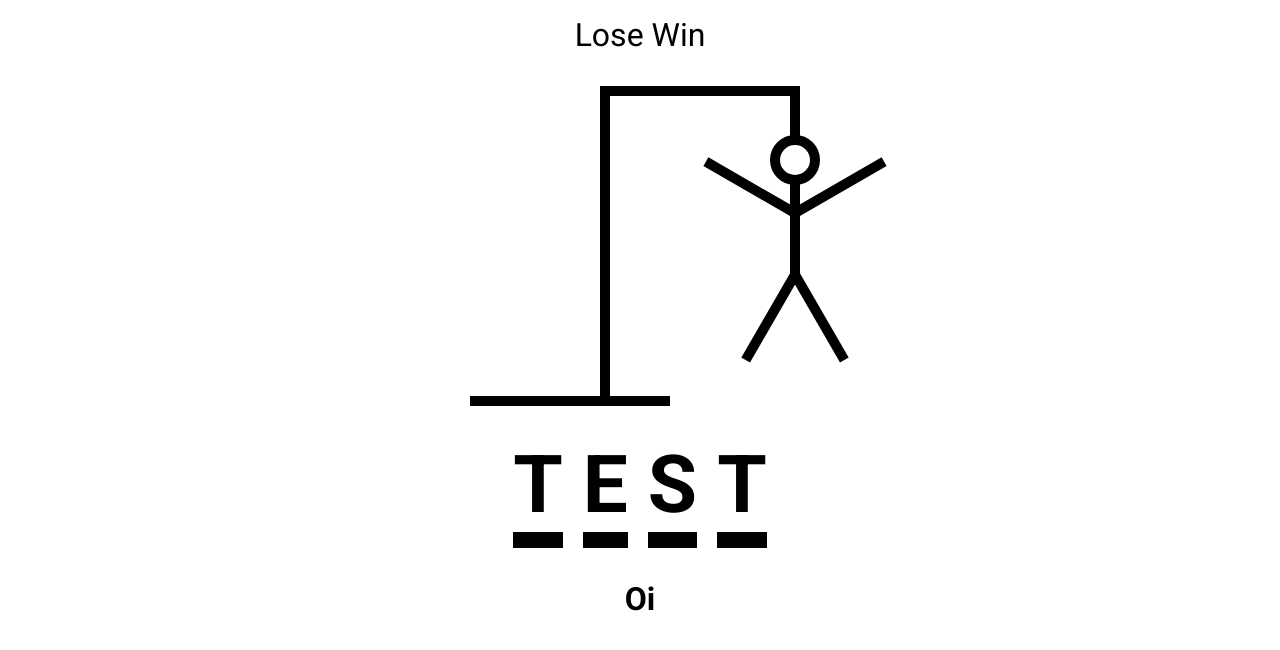
Repository: guilhermecardoso93/jogodaforca
Page: /
An editor plug-in stored every save of this project. The page is shown before and after the next save, followed by the edit.
The browser window is 1280 px wide. The pictures show the whole page.
The project was rebuilt for these pictures with package versions that can differ from the ones it lists, and the page was loaded fresh each time. Also part of the build but not shown: vite.config.ts.

Above is the page before, as saved 2022-12-06 21:16:45.

### index.html
<!DOCTYPE html>
<html lang="en">
  <head>
    <meta charset="UTF-8" />
    <link rel="icon" type="image/svg+xml" href="/vite.svg" />
    <meta name="viewport" content="width=device-width, initial-scale=1.0" />
    <link rel="preconnect" href="https://fonts.googleapis.com"><link
      rel="preconnect" href="https://fonts.gstatic.com" crossorigin><link
      href="https://fonts.googleapis.com/css2?family=Roboto:ital,wght@0,400;0,500;0,700;1,400&display=swap"
      rel="stylesheet">
    <title>Vite + React + TS</title>
  </head>
  <body>
    <div id="root"></div>
    <script type="module" src="/src/main.tsx"></script>
  </body>
</html>

### src/App.tsx
import { useState } from "react";
import words from "./wordList.json";

import { HangmanDrawing } from "./components/HangmanDrawing";
import { HangmanWord } from "./components/HangmanWord";
import { Keyboard } from "./components/Keyboard";

import "./App.css";

export function App() {
  const randomWords = () => {
    return words[Math.floor(Math.random() * words.length)];
  };

  const [wordToGuess, setWordToGuess] = useState(randomWords);
  const [guessedLetters, setGuessedLetters] = useState<string[]>([]);

  console.log(wordToGuess);
  return (
    <div className="container">
      <div className="loseOrWin">Lose Win</div>
      <HangmanDrawing />
      <HangmanWord />
      <Keyboard />
    </div>
  );
}

### src/wordList.json
[
  "capaz",
  "sobre",
  "absoluto",
  "aceitar",
  "conta",
  "alcançar",
  "através",
  "ativo",
  "real",
  "Admitem",
  "anunciar",
  "afetar",
  "proporcionar",
  "depois",
  "tarde",
  "novamente",
  "contra",
  "agente",
  "aceita",
  "permitir",
  "quase",
  "já",
  "tudo bem",
  "também",
  "Apesar",
  "sempre",
  "América",
  "quantia",
  "outro",
  "responda",
  "separado",
  "aparente",
  "aparecer",
  "Aplique",
  "nomear",
  "abordagem",
  "apropriado",
  "área",
  "argumentar",
  "arranjo",
  "associado",
  "presumir",
  "participar",
  "autoridade",
  "acessível",
  "consciente",
  "horrível",
  "bebê",
  "Saldo",
  "bola",
  "banco",
  "base",
  "base",
  "urso",
  "bater",
  "beleza",
  "Porque",
  "antes da",
  "começar",
  "acreditam",
  "beneficiar",
  "melhor",
  "entre",
  "conta",
  "nascimento",
  "Preto",
  "cara",
  "sangue",
  "golpe",
  "limite",
  "linha",
  "Lista",
  "ouço",
  "pequena",
  "viver",
  "carregar",
  "local",
  "trancar",
  "Londres",
  "grandes",
  "olhar",
  "senhor",
  "perder",
  "amor",
  "sorte",
  "almoço",
  "máquina",
  "faço",
  "gerir",
  "muitos",
  "marca",
  "mercado",
  "casar",
  "Combine",
  "matéria",
  "significa",
  "significado",
  "a medida",
  "encontrar",
  "membro",
  "menção",
  "meio",
  "poderia",
  "milha",
  "ouvir",
  "coração",
  "aquecer",
  "pesado",
  "inferno",
  "ajuda",
  "aqui",
  "Alto",
  "história",
  "aguarde",
  "feriado",
  "casa",
  "honesto",
  "esperança",
  "cavalo",
  "hospital",
  "hora",
  "lar",
  "Contudo",
  "olá",
  "centenas",
  "esposo",
  "idéia",
  "identificar",
  "Imagine",
  "importante",
  "melhorar",
  "incluir",
  "renda",
  "aumentar",
  "na verdade",
  "Individual",
  "indústria",
  "informar",
  "garantir",
  "interesse",
  "em",
  "introduzir",
  "investir",
  "envolver",
  "questão",
  "item",
  "Jesus",
  "Junte",
  "juiz",
  "pular",
  "apenas",
  "guarda",
  "matar",
  "Gentil",
  "rei",
  "cozinha",
  "bater",
  "conhecer",
  "trabalho",
  "senhora",
  "terra",
  "Língua",
  "ampla",
  "último",
  "tarde",
  "riso",
  "conduzir",
  "aprender",
  "sair",
  "deixei",
  "menos",
  "carta",
  "nível",
  "vida",
  "leve",
  "Curti",
  "provável",
  "cinco",
  "apartamento",
  "piso",
  "Segue",
  "Comida",
  "pé",
  "força",
  "esquecer",
  "Formato",
  "fortuna",
  "frente",
  "quatro",
  "França",
  "gratuitamente",
  "amigo",
  "a partir de",
  "frente",
  "cheio",
  "função",
  "fundo",
  "futuro",
  "jogos",
  "jardim",
  "em geral",
  "Alemanha",
  "menina",
  "dar",
  "vidro",
  "Boa",
  "adeus",
  "governo",
  "grande",
  "conceder",
  "excelente",
  "verde",
  "chão",
  "grupo",
  "crescer",
  "acho",
  "cabelo",
  "metade",
  "corredor",
  "mão",
  "pendurar",
  "acontecer",
  "feliz",
  "duro",
  "odiar",
  "tenho",
  "cabeça",
  "saúde"
]

### src/components/HangmanDrawing.tsx
const HEAD = (
  <div
    style={{
      width: "50px",
      height: "50px",
      borderRadius: "100%",
      border: "10px solid black",
      position: "absolute",
      top: "49px",
      right: "-20px",
    }}
  />
);

const BODY = (
  <div
    style={{
      width: "10px",
      height: "100px",
      background: "black",
      position: "absolute",
      top: "90px",
      right: 0,
    }}
  />
);

const RIGHT_ARM = (
  <div
    style={{
      width: "100px",
      height: "10px",
      background: "black",
      position: "absolute",
      top: "120px",
      right: "-100px",
      rotate: "-30deg",
      transformOrigin: "left bottom",
    }}
  />
);

const LEFT_ARM = (
  <div
    style={{
      width: "100px",
      height: "10px",
      background: "black",
      position: "absolute",
      top: "120px",
      right: "10px",
      rotate: "30deg",
      transformOrigin: "right bottom",
    }}
  />
);

const RIGHT_LEG = (
  <div
    style={{
      width: "100px",
      height: "10px",
      background: "black",
      position: "absolute",
      top: "180px",
      right: "-90px",
      rotate: "60deg",
      transformOrigin: "left bottom",
    }}
  />
);

const LEFT_LEG = (
  <div
    style={{
      width: "100px",
      height: "10px",
      background: "black",
      position: "absolute",
      top: "180px",
      right: 0,
      rotate: "-60deg",
      transformOrigin: "right bottom",
    }}
  />
);

const BODY_PARTS = [HEAD, BODY, RIGHT_ARM, LEFT_ARM, RIGHT_LEG, LEFT_LEG];

type HangmanDrawingProps = {
  numberOfGuesses: number
}

export function HangmanDrawing() {
  return (
    <div style={{ position: "relative" }}>
      {BODY_PARTS}
      <div
        style={{
          height: "50px",
          width: "10px",
          background: "black",
          position: "absolute",
          top: 0,
          right: 0,
        }}
      />
      <div
        style={{
          height: "10px",
          width: "200px",
          background: "black",
          marginLeft: "120px",
        }}
      />
      <div
        style={{
          height: "300px",
          width: "10px",
          background: "black",
          marginLeft: "120px",
        }}
      />
      <div style={{ height: "10px", width: "200px", marginLeft: '-10px', background: "black" }} />
    </div>
  );
}

### src/components/HangmanWord.tsx
import "../App.css";

export function HangmanWord() {
  const word = 'test'
  return (
    <div className="HangmanWordContainer">
      {
        word.split('').map((letter, index) => (
          <span>{letter}</span>
        ))}
    </div>
  )
}

### src/components/Keyboard.tsx
export function Keyboard() {
  return (
    <div>
      <h1>Oi</h1>
    </div>
  )
}

### src/App.css
* {
  margin: 0;
  passing: 0;
  box-sizing: border-box;
  font-family: "Roboto", sans-serif;
}

body {
  margin: 1rem;
}

.container {
  max-width: 800px;
  display: flex;
  flex-direction: column;
  gap: 2rem;
  margin: 0 auto;
  align-items: center;
  justify-content: center;
}

.loseOrWin {
  font-size: 2rem;
  text-align: center;
}

.HangmanWordContainer {
  display: flex;
  gap: 0.25em;
  font-size: 5rem;
  font-weight: bold;
  text-transform: uppercase;
}

.HangmanWordContainer > span {
  border-bottom: 1rem solid black;
}

Loaded but not shown: src/main.tsx (common file)

After the next save:
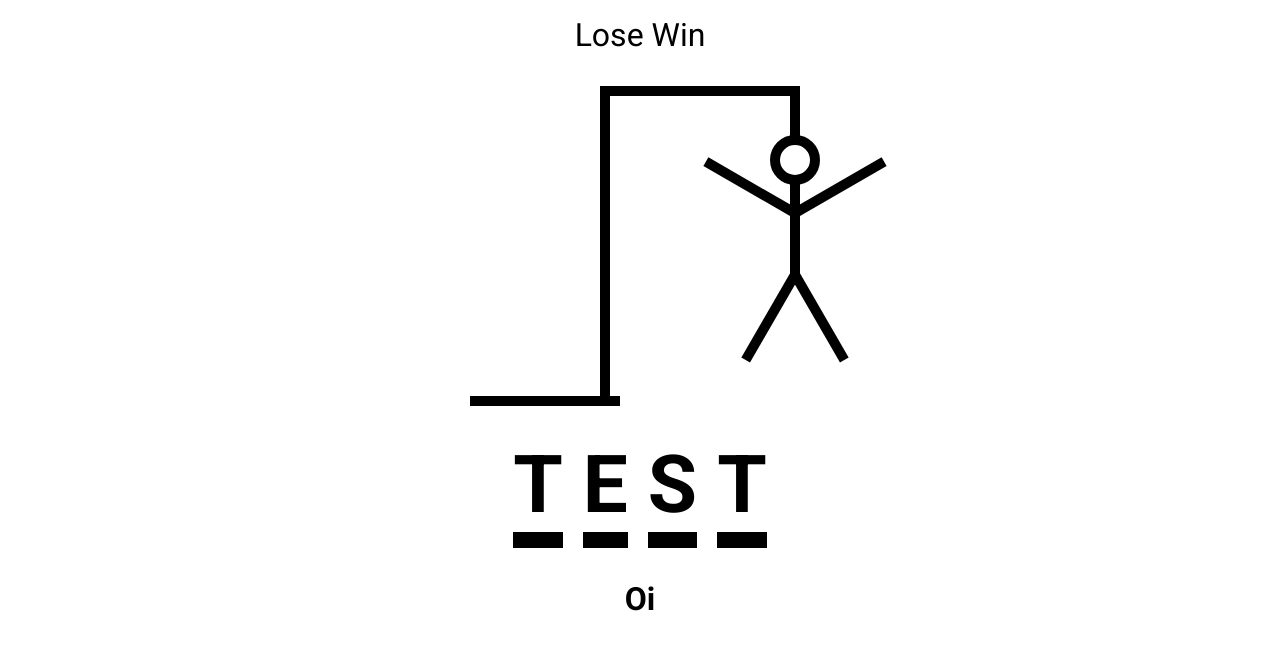
Saved 5 s later.
--- a/src/components/HangmanDrawing.tsx
+++ b/src/components/HangmanDrawing.tsx
@@ -121,7 +121,7 @@
           marginLeft: "120px",
         }}
       />
-      <div style={{ height: "10px", width: "200px", marginLeft: '-10px', background: "black" }} />
+      <div style={{ height: "10px", width: "150px", marginLeft: '-10px', background: "black" }} />
     </div>
   );
 }

After the save that followed:
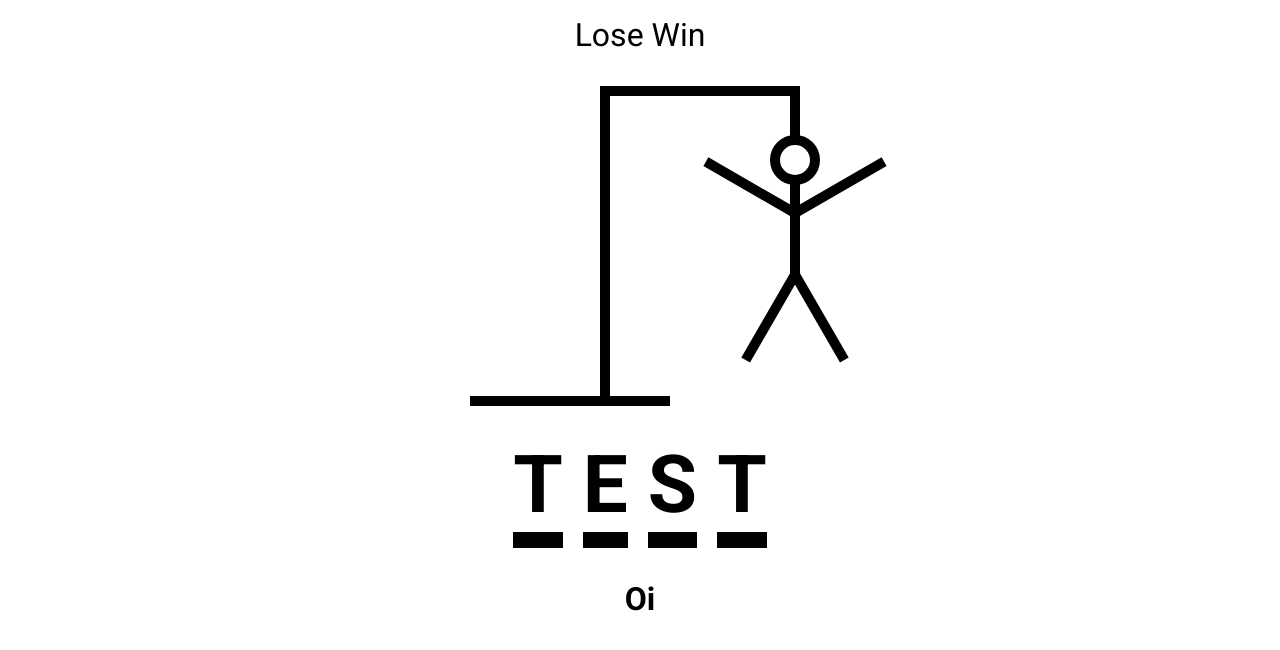
Saved 6 s later.
--- a/src/components/HangmanDrawing.tsx
+++ b/src/components/HangmanDrawing.tsx
@@ -121,7 +121,7 @@
           marginLeft: "120px",
         }}
       />
-      <div style={{ height: "10px", width: "150px", marginLeft: '-10px', background: "black" }} />
+      <div style={{ height: "10px", width: "200px", marginLeft: '-10px', background: "black" }} />
     </div>
   );
 }
